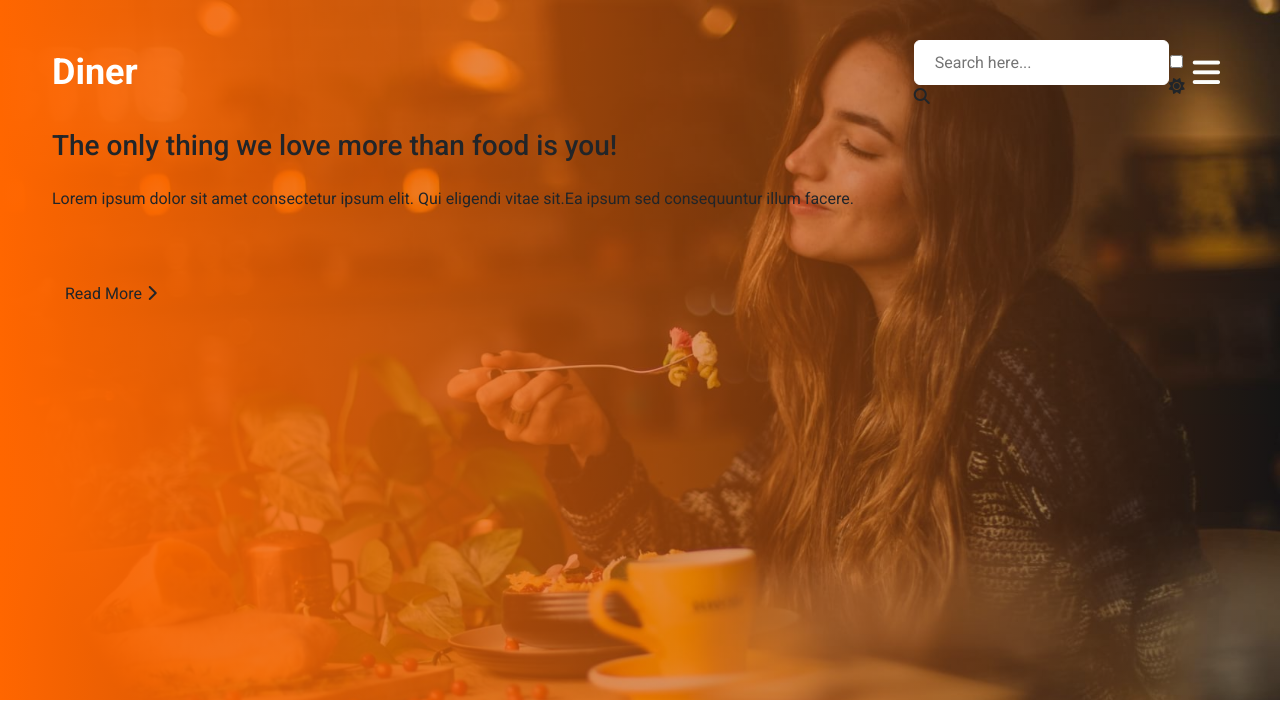
Repository: minhtrivu6199/Diner
Page: index.html
These files come from the project's save history. The page is drawn as it stood at one moment and after the next save; the edit follows.
The browser window is 1280 px wide. The pictures show the whole page.
The style sheet was rebuilt from its Sass, Less or Tailwind sources for each picture, by a compiler version that may differ from the author's.

Above is the page before, as saved 2022-10-10 14:09:20.

### index.html
<!DOCTYPE html>
<html lang="en">
  <head>
    <title>Title</title>
    <!-- Required meta tags -->
    <meta charset="utf-8" />
    <meta
      name="viewport"
      content="width=device-width, initial-scale=1, shrink-to-fit=no"
    />
    <!-- FontAwesome 6.2.0 CSS -->
    <link
      rel="stylesheet"
      href="https://cdnjs.cloudflare.com/ajax/libs/font-awesome/6.2.0/css/all.min.css"
      integrity="sha512-xh6O/CkQoPOWDdYTDqeRdPCVd1SpvCA9XXcUnZS2FmJNp1coAFzvtCN9BmamE+4aHK8yyUHUSCcJHgXloTyT2A=="
      crossorigin="anonymous"
      referrerpolicy="no-referrer"
    />

    <!-- Font -->
    <link rel="preconnect" href="https://fonts.googleapis.com" />
    <link rel="preconnect" href="https://fonts.gstatic.com" crossorigin />
    <link
      href="https://fonts.googleapis.com/css2?family=Roboto:wght@100;300;400;500;700;900&display=swap"
      rel="stylesheet"
    />

    <!-- Bootstrap CSS v5.2.1 -->
    <link
      href="https://cdn.jsdelivr.net/npm/bootstrap@5.2.1/dist/css/bootstrap.min.css"
      rel="stylesheet"
      integrity="sha384-iYQeCzEYFbKjA/T2uDLTpkwGzCiq6soy8tYaI1GyVh/UjpbCx/TYkiZhlZB6+fzT"
      crossorigin="anonymous"
    />
    <!-- CSS -->
    <link rel="stylesheet" href="./css/style.min.css" />
  </head>

  <body>
    <section class="header-banner">
      <div class="container">
        <div class="banner-header">
          <div class="banner-logo">
            <h1>
              <a href="" class="logo-brand">Diner</a>
            </h1>
          </div>
          <div class="banner-right-content">
            <div class="search-bar">
              <form class="search position-relative">
                <input
                  type="search"
                  class="search-input"
                  placeholder="Search here..."
                />
                <span class="fa fa-search search-icon"></span>
              </form>
            </div>
            <div class="menu text-center">
              <div class="mobile-position">
                <nav class="navigation">
                  <div class="theme-switch-wrapper">
                    <label for="checkbox" class="theme-switch">
                      <input type="checkbox" id="checkbox" />
                      <div class="mode-container">
                        <i class="fa fa-sun"></i>
                        <!-- <i class="fa fa-moon"></i> -->
                      </div>
                    </label>
                  </div>
                </nav>
              </div>
              <div class="mobile-nav-button text-center">
                <button id="trigger-overlay" type="button">
                  <i class="fa fa-bars" aria-hidden="true"></i>
                </button>
              </div>
            </div>
          </div>
          <div class="overlay overlay-scale">
            <button type="button" class="overlay-close">
              <i class="fa fa-times" aria-hidden="true"></i>
            </button>

            <nav>
              <ul>
                <li><a href="index.html" class="active">Home</a></li>
                <li><a href="about.html">About</a></li>
                <li><a href="services.html">Services</a></li>
                <li><a href="blog.html">Blog</a></li>
                <li><a href="error.html">404</a></li>
                <li><a href="">Landing Page</a></li>
                <li><a href="contact.html">Contact</a></li>
                <li><a href="">Shot Codes</a></li>
                <li><a href="">Email</a></li>
              </ul>
            </nav>
          </div>
        </div>
        <div class="banner-info">
          <h3 class="mb-4">The only thing we love more than food is you!</h3>
          <div class="separator"></div>
          <p class="pr-lg-5 mt-md-4 mt-3">
            Lorem ipsum dolor sit amet consectetur ipsum elit. Qui eligendi
            vitae sit.Ea ipsum sed consequuntur illum facere.
          </p>
          <a class="btn btn-white mt-sm-5 mt-4 mr-2" href="about.html">
            Read More
            <span class="fa fa-chevron-right ml-2" aria-hidden="true"></span>
          </a>
        </div>
      </div>
    </section>
    <!-- Bootstrap JavaScript Libraries -->
    <script
      src="https://cdn.jsdelivr.net/npm/@popperjs/core@2.11.6/dist/umd/popper.min.js"
      integrity="sha384-oBqDVmMz9ATKxIep9tiCxS/Z9fNfEXiDAYTujMAeBAsjFuCZSmKbSSUnQlmh/jp3"
      crossorigin="anonymous"
    ></script>

    <script
      src="https://cdn.jsdelivr.net/npm/bootstrap@5.2.1/dist/js/bootstrap.min.js"
      integrity="sha384-7VPbUDkoPSGFnVtYi0QogXtr74QeVeeIs99Qfg5YCF+TidwNdjvaKZX19NZ/e6oz"
      crossorigin="anonymous"
    ></script>
  </body>
</html>

### scss/style.scss
@import './base/variables';
@import './pages/components/menu';

html, body {
    font-family: 'Roboto', sans-serif;
}
a {
    // color: $orange;
    text-decoration: none;
    background-color: transparent;
}

.header-banner {
    background-image: linear-gradient(to right, $orange, hsl(30deg 100% 1% / 20%)), url(../img/banner1.jpg);
    background-size: cover;
    background-position: initial;
    background-repeat: no-repeat;
    background-attachment: fixed;
    min-height: 700px;
    .container {
        max-width: 1200px;
        .banner-header {
            display: flex;
            justify-content: space-between;
            align-items: center;
            padding: 40px 0 20px 0;
            .banner-logo {
                .logo-brand {
                    font-size: 36px;
                    font-weight: 700;
                    color: $white;
                }
            }

            .banner-right-content {
                display: flex;
                justify-content: center;
                align-items: center;
                .search-bar {
                    display: flex;
                    .search {
                        .search-input {
                            display: flex;
                            flex: 1;
                            padding: 10px 50px 10px 20px;
                            height: 45px;
                            font-size: 16px;
                            color: rgba(22, 28, 45, 0.7);
                            font-weight: 400;
                            border-radius: 6px;
                            position:relative;
                            right: 0;
                            background: $white;
                            outline: 0;
                            border: 1px solid $white;
                        }
                    }
                }

                .menu {
                    display: flex;
                    justify-content:center;
                    align-items: center;
                }

            }

        }

        .banner-info {

        }

    }
}

### scss/base/_variables.scss
// Color
$blue: #007bff;
$indigo: #6610f2;
$purple: #6f42c1;
$pink: #e83e8c;
$red: #dc3545;
$orange: #ff6600;
$yellow: #ffc107;
$green: #28a745;
$teal: #20c997;
$cyan: #17a2b8;
$white: #fff;
$gray: #6c757d;
$gray-dark: #343a40;
$light-orange: #f8b195;
$success: #28a745;
$info: #17a2b8;
$warning: #ffc107;
$danger: #dc3545;
$light: #f8f9fa;
$dark: #343a40;


*, ::after, ::before {
    margin: 0;
    padding: 0;
    box-sizing: border-box;
}

### scss/pages/components/_menu.scss
@import '../../base/variables';
.overlay {
	position: fixed;
	width: 100%;
	height: 100%;
	top: 0;
	left: 0;
	background: rgb(6 3 0 / 77%);
}

/* Overlay closing cross */
.overlay .overlay-close {
    width: 40px;
    height: 40px;
    position: absolute;
    right: 40px;
    top: 40px;
    overflow: hidden;
    border: none;
    background: $orange;
    color: #fff;
    border-radius: 6px;
}

button#trigger-overlay {
	outline: none;
	border: none;
	background: none;
	text-align: center;
	color: #fbfdfb;
	font-size: 1.95em;
	padding: 0 8px;
}

/* Menu style */
.overlay nav {
	text-align: center;
	position: relative;
	top: 50%;
	height: 60%;
	-webkit-transform: translateY(-50%);
	transform: translateY(-50%);
}
.overlay ul {
	list-style: none;
	padding: 0;
	margin: 0 auto;
	display: inline-block;
	height: 100%;
	position: relative;
}
.overlay ul li {
	display: block;
	-webkit-backface-visibility: hidden;
	backface-visibility: hidden;
    line-height:3em;
}
.overlay ul li a {
	font-size: 20px;
	font-weight: 600;
	display: block;
	color: #fff;
	-webkit-transition: color 0.2s;
	transition: color 0.2s;
}

.overlay ul li a:hover,
.overlay ul li a:focus {
	color:var(--primary-color);
}

/* Effects */
.overlay-scale {
	visibility: hidden;
	opacity: 0;
	-webkit-transform: scale(0.9);
	transform: scale(0.9);
	-webkit-transition: -webkit-transform 0.2s, opacity 0.2s, visibility 0s 0.2s;
	transition: transform 0.2s, opacity 0.2s, visibility 0s 0.2s;
}

.overlay-scale.open {
	visibility: visible;
	opacity: 1;
	-webkit-transform: scale(1);
	transform: scale(1);
	-webkit-transition: -webkit-transform 0.4s, opacity 0.4s;
	transition: transform 0.4s, opacity 0.4s;
}

@media screen and (max-height: 30.5em) {
	.overlay nav {
		height: 70%;
		font-size: 34px;
	}

	.overlay ul li {
		min-height: 34px;
	}
}
@media (max-width:767px) {
	.overlay ul li a {
		font-size: 16px;
	}
	.overlay ul li {
		line-height: 2.5em;
	}
}
@media (max-width:600px) {
	.overlay ul li a {
		font-size: 16px;
	}
	.overlay ul li {
		line-height: 2.2em;
	}
}

After the next save:
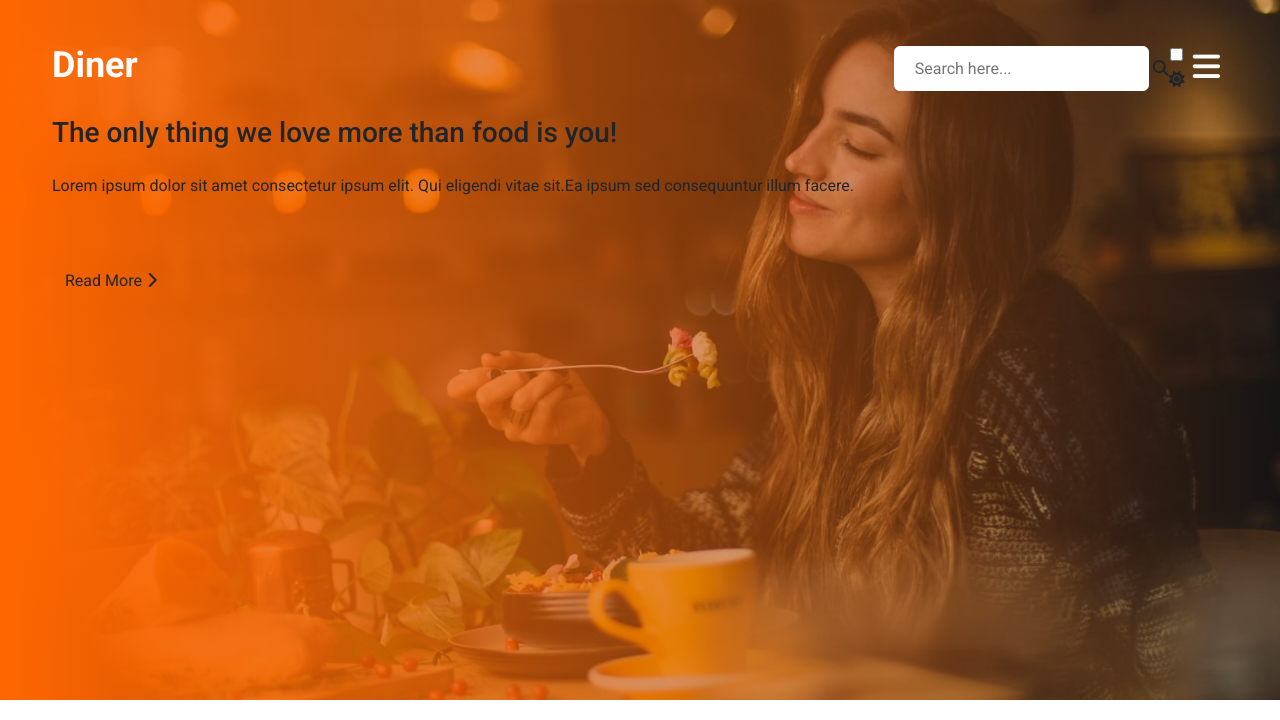
Saved 55 s later.
--- a/scss/style.scss
+++ b/scss/style.scss
@@ -40,8 +40,8 @@ a {
                     display: flex;
                     .search {
                         .search-input {
-                            display: flex;
-                            flex: 1;
+                            // display: flex;
+                            // flex: 1;
                             padding: 10px 50px 10px 20px;
                             height: 45px;
                             font-size: 16px;
